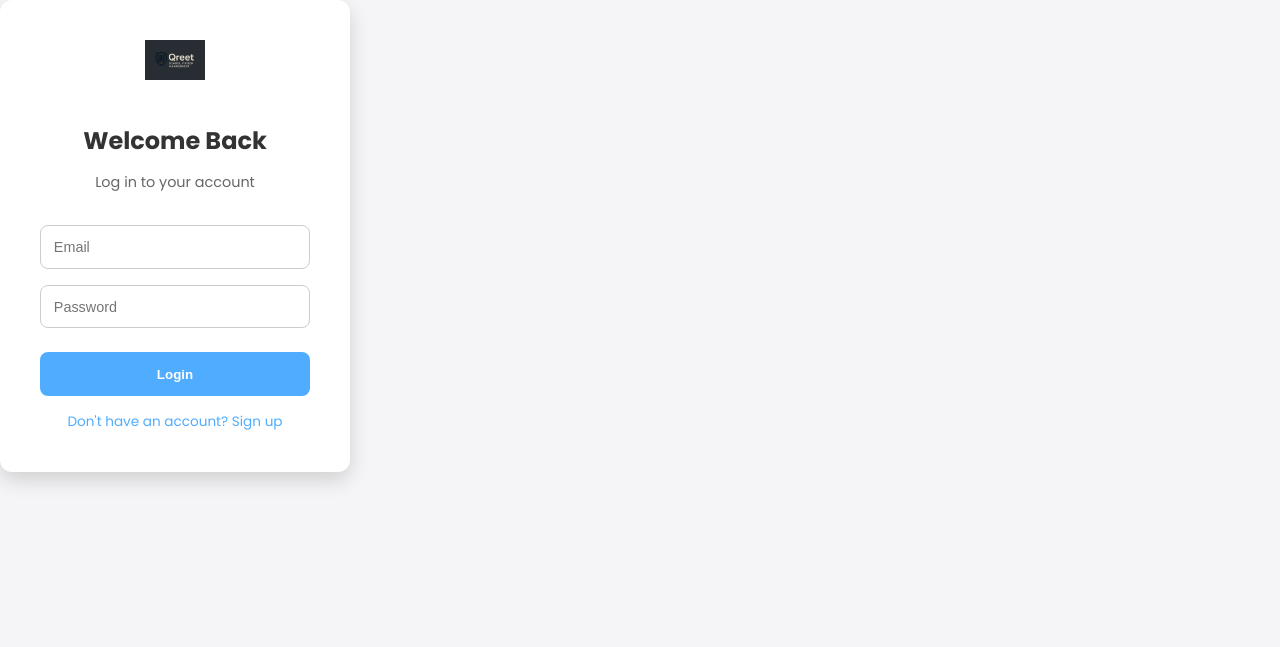
Repository: Ndegwa2/Soluschool
Page: /auth/login (app in frontend/)
These files come from the project's save history. The page is drawn as it stood at one moment and after the next save; the edit follows.
The browser window is 1280 px wide. The pictures show the whole page.
The project was rebuilt for these pictures with package versions that can differ from the ones it lists, and the page was loaded fresh each time. The framework's server and built-in components were replaced by stand-ins that run in the browser. Also part of the build but not shown: frontend/next.config.mjs, frontend/components/layout/Header.js. Imported but missing from the stored project, and not drawn on this page: frontend/lib/config.

Above is the page before, as saved 2025-11-25 17:29:18.

### frontend/pages/_app.js
import React from 'react'
import '../styles/globals.css'
import { Poppins } from 'next/font/google'
import { AuthProvider } from '../lib/AuthContext'
import Header from '../components/layout/Header'

const poppins = Poppins({
  subsets: ['latin'],
  weight: ['400', '500', '600', '700'],
  display: 'swap',
})

function MyApp({ Component, pageProps }) {
  return (
    <div className={poppins.className}>
      <AuthProvider>
        <Header />
        <Component {...pageProps} />
      </AuthProvider>
    </div>
  )
}

export default MyApp

### frontend/pages/auth/login.js
import React, { useEffect } from 'react'
import { useRouter } from 'next/router'
import Link from 'next/link'
import AuthForm from '../../components/common/AuthForm'
import { isAuthenticated, getUserRole } from '../../lib/auth'
import { useAuth } from '../../lib/AuthContext'

export default function Login() {
  const router = useRouter()
  const { isAuth, role } = useAuth()

  useEffect(() => {
    console.log('Login useEffect: isAuth:', isAuth, 'role:', role)
    if (isAuth) {
      console.log('Redirecting based on role:', role)
      if (role === 'parent' || role === 'admin') {
        router.push('/dashboard')
      } else if (role === 'guard') {
        router.push('/guard-dashboard')
      }
    }
  }, [isAuth, role, router])

  return (
    <div className="login-page">
      <div className="form-container">
        <img src="/Qreetlogo.png" alt="Qreet Logo" />
        <h2>Welcome Back</h2>
        <p>Log in to your account</p>

        <AuthForm isLogin={true} />

        <Link href="/auth/register">Don't have an account? Sign up</Link>
      </div>
    </div>
  )
}

### frontend/styles/globals.css
:root {
  --bg-grad-a: #1e293b;
  --bg-grad-b: #334155;
  --surface: #ffffff;
  --text: #f8fafc;
  --muted: #6b7280;
  --brand: #10b981;
  --brand-2: #0ea5e9;
  --danger: #ef4444;
  --shadow: 0 10px 30px -12px rgba(2, 8, 23, 0.25);
  --radius: 16px;
}

* { box-sizing: border-box; }
html, body { height: 100%; }
body {
  margin: 0;
  font-family: 'Poppins', system-ui, -apple-system, Segoe UI, Roboto, 'Helvetica Neue', Arial, 'Noto Sans', 'Apple Color Emoji', 'Segoe UI Emoji';
  color: var(--text);
  background: linear-gradient(180deg, var(--bg-grad-a), var(--bg-grad-b)) fixed;
}

/* ====== SHELL ====== */
.container { max-width: 1200px; margin: 32px auto 80px; padding: 0 18px; }
.grid { display:grid; gap: 18px; }

/* ====== CARDS ====== */
.card { background: var(--surface); border-radius: var(--radius); box-shadow: var(--shadow); overflow: hidden; }
.card-header { display:flex; align-items:center; justify-content:space-between; padding: 16px 18px; border-bottom: 1px solid rgba(2,6,23,0.06); }
.card-title { font-size: 18px; font-weight:700; }
.card-sub { font-size: 13px; color: var(--muted); }
.card-body { padding: 18px; }

/* ====== DASH HEADING ====== */
.page-title { font-size: clamp(26px, 3vw, 36px); color:#0b1220; margin: 18px 0 12px; text-shadow: 0 2px 0 rgba(255,255,255,.35); }
.page-sub { color: #0b1220cc; font-weight:500; margin-bottom: 20px; }

/* ====== KPI TILES ====== */
.kpis { grid-template-columns: repeat(12, minmax(0, 1fr)); }
.kpi { grid-column: span 12; display:flex; align-items:center; gap: 14px; padding: 18px; border-radius: var(--radius); background: linear-gradient(180deg,#fff, #f8fafc); border: 1px solid rgba(2,6,23,0.06); }
.kpi .icon { width: 44px; height: 44px; display:grid; place-items:center; border-radius: 12px; background: linear-gradient(135deg,var(--brand),var(--brand-2)); color:#fff; box-shadow: var(--shadow); }
.kpi .big { font-size: 26px; font-weight: 800; }
.kpi .label { color: var(--muted); font-size: 12px; font-weight:600; letter-spacing:.3px; text-transform: uppercase; }
@media (min-width: 700px) { .kpi { grid-column: span 4; } }

/* ====== QUICK ACTIONS ====== */
.action-row { display:flex; flex-wrap:wrap; gap: 12px; }
.chip-btn { display:flex; align-items:center; gap:10px; border:1px solid rgba(2,6,23,.08); background:#fff; padding:12px 16px; border-radius: 14px; font-weight:700; cursor:pointer; transition: transform .06s ease, box-shadow .2s ease; box-shadow: 0 6px 18px -12px rgba(2,6,23,.3); }
.chip-btn:hover { transform: translateY(-1px); box-shadow: 0 12px 28px -16px rgba(2,6,23,.35); }
.chip-btn .chip { width:28px; height:28px; display:grid; place-items:center; border-radius: 10px; color:#fff; background: linear-gradient(135deg,var(--brand-2),var(--brand)); }

/* ====== TABLE ====== */
.table-wrap { overflow: auto; border:1px solid rgba(2,6,23,.06); border-radius: 12px; }
table { width:100%; border-collapse: collapse; background:#fff; }
thead th { position: sticky; top:0; background: #f8fafc; text-align:left; font-size: 12px; letter-spacing:.3px; color: var(--muted); text-transform: uppercase; padding: 12px 14px; border-bottom:1px solid rgba(2,6,23,.08); cursor: pointer; }
tbody td { padding: 14px; border-bottom:1px solid rgba(2,6,23,.06); }
tbody tr:hover { background:#fafafa; }
.status { font-weight:700; font-size: 12px; padding:6px 10px; border-radius: 999px; display:inline-block; }
.ok { background: #dcfce7; color:#166534; }
.pending { background:#fef9c3; color:#854d0e; }
.danger { background:#fee2e2; color:#7f1d1d; }

/* ====== SEARCH ====== */
.searchbar { display:flex; align-items:center; gap:10px; }
.searchbar input { width: 100%; padding: 12px 14px 12px 40px; border-radius: 12px; border:1px solid rgba(2,6,23,.08); outline:none; font-weight:600; background:#fff url('data:[embedded picture, 291 characters]') no-repeat 12px center; }

/* ====== LAYOUT (MAIN GRID) ====== */
.main-grid { grid-template-columns: 1fr; }
@media (min-width: 980px) { .main-grid { grid-template-columns: 7fr 5fr; } }

/* subtle in-card gradient header */
.soft { background: linear-gradient(180deg, rgba(16,185,129,0.07), rgba(14,165,233,0.07)); }

code {
  font-family: source-code-pro, Menlo, Monaco, Consolas, 'Courier New',
    monospace;
}

/* Container card */
.form-container {
  background: #fff;
  padding: 2.5rem;
  border-radius: 12px;
  box-shadow: 0 8px 20px rgba(0, 0, 0, 0.15);
  width: 350px;
  max-width: 100%;
  text-align: center;
  animation: fadeIn 0.8s ease-in-out;
}

/* Logo */
.form-container img {
  width: 60px;
  margin-bottom: 1rem;
}

/* Heading */
.form-container h2 {
  margin-bottom: 0.5rem;
  font-size: 1.5rem;
  color: #333;
}

/* Subtitle */
.form-container p {
  margin-bottom: 1.5rem;
  font-size: 0.9rem;
  color: #666;
}


/* Inputs and selects */
.form-container input,
.form-container select {
  width: 100%;
  padding: 0.8rem;
  margin: 0.5rem 0;
  border: 1px solid #ccc;
  border-radius: 8px;
  font-size: 0.9rem;
  outline: none;
  transition: border 0.3s;
}

.form-container input:focus,
.form-container select:focus {
  border-color: #4facfe;
}

/* Error messages */
.form-container .error {
  color: red;
  font-size: 0.8rem;
}

/* Button */
.form-container button {
  width: 100%;
  padding: 0.9rem;
  margin-top: 1rem;
  background: #4facfe;
  border: none;
  border-radius: 8px;
  color: white;
  font-weight: bold;
  cursor: pointer;
  transition: background 0.3s;
}

.form-container button:hover {
  background: #009ffd;
}

/* Links */
.form-container a {
  display: block;
  margin-top: 1rem;
  font-size: 0.85rem;
  color: #4facfe;
  text-decoration: none;
}

.form-container a:hover {
  text-decoration: underline;
}

/* Responsive tweaks */
@media (max-width: 480px) {
  .form-container {
    padding: 2rem 1.2rem;
    width: 100%;
  }

  .form-container h2 {
    font-size: 1.3rem;
  }
}

/* Fade-in animation */
@keyframes fadeIn {
  from {
    opacity: 0;
    transform: translateY(20px);
  }
  to {
    opacity: 1;
    transform: translateY(0);
  }
}

/* Dashboard styles */
body {
  font-family: 'Segoe UI', Tahoma, Geneva, Verdana, sans-serif;
  background: linear-gradient(135deg, #43cea2, #185a9d);
  margin: 0;
  padding: 0;
  min-height: 100vh;
  display: flex;
  flex-direction: column;
}

/* Navbar */
.navbar {
  display: flex;
  justify-content: space-between;
  align-items: center;
  background: rgba(255, 255, 255, 0.1);
  padding: 1rem 2rem;
  color: #fff;
}

.navbar h1 {
  font-size: 1.2rem;
  font-weight: bold;
}

.nav-links a {
  margin-left: 1rem;
  color: #fff;
  text-decoration: none;
  font-size: 0.9rem;
}

.nav-links a:hover {
  text-decoration: underline;
}

/* Dashboard container */
.dashboard {
  flex: 1;
  padding: 2rem;
  display: grid;
  grid-template-columns: repeat(auto-fit, minmax(220px, 1fr));
  gap: 1.5rem;
}

/* Stat cards */
.card {
  background: #fff;
  border-radius: 12px;
  padding: 1.5rem;
  box-shadow: 0 4px 12px rgba(0,0,0,0.1);
  text-align: center;
  animation: fadeIn 0.6s ease;
}

.card h3 {
  margin: 0;
  font-size: 1rem;
  color: #333;
}

.card p {
  margin-top: 0.5rem;
  font-size: 1.5rem;
  font-weight: bold;
  color: #185a9d;
}

/* Quick actions */
.actions {
  grid-column: span 2;
  background: #fff;
  border-radius: 12px;
  padding: 1.5rem;
  box-shadow: 0 4px 12px rgba(0,0,0,0.1);
}

.actions h3 {
  margin-bottom: 1rem;
  font-size: 1rem;
  color: #333;
}

.actions button {
  margin-right: 1rem;
  padding: 0.7rem 1.2rem;
  border: none;
  border-radius: 8px;
  background: #43cea2;
  color: white;
  cursor: pointer;
  font-size: 0.9rem;
  transition: background 0.3s;
}

.actions button:hover {
  background: #2bb673;
}

/* Animation */
@keyframes fadeIn {
  from { opacity: 0; transform: translateY(15px); }
  to { opacity: 1; transform: translateY(0); }
}

/* Pickup History */
.pickup-history {
  flex: 1;
  padding: 2rem;
  max-width: 1200px;
  margin: 0 auto;
}

.pickup-history h2 {
  color: #fff;
  margin-bottom: 1.5rem;
  font-size: 1.8rem;
}

.controls {
  display: flex;
  gap: 1rem;
  margin-bottom: 1.5rem;
  align-items: center;
}

.search {
  display: flex;
  align-items: center;
  background: #fff;
  border-radius: 8px;
  padding: 0.5rem 1rem;
  flex: 1;
  max-width: 300px;
}

.search span {
  margin-right: 0.5rem;
  color: #666;
}

.search input {
  border: none;
  outline: none;
  flex: 1;
  font-size: 0.9rem;
}

.filter select {
  padding: 0.5rem 1rem;
  border: 1px solid #ccc;
  border-radius: 8px;
  background: #fff;
  font-size: 0.9rem;
  outline: none;
}

.pickup-table {
  width: 100%;
  background: #fff;
  border-radius: 12px;
  overflow: hidden;
  box-shadow: 0 4px 12px rgba(0,0,0,0.1);
  border-collapse: collapse;
}

.pickup-table th,
.pickup-table td {
  padding: 1rem;
  text-align: left;
  border-bottom: 1px solid #eee;
}

.pickup-table th {
  background: #f8f9fa;
  font-weight: 600;
  color: #333;
}

.pickup-table td {
  color: #555;
}

.pickup-table tr:last-child td {
  border-bottom: none;
}

.pickup-table tr:hover {
  background: #f8f9fa;
}

/* Guard Dashboard Styles */
:root{
  --bg:#f5f5f7;
  --header-bg:#ffffff;
  --card-bg:#ffffff;
  --text:#111827;
  --muted:#6b7280;
  --nav-link:#4b5563;
  --nav-active:#2563eb;
  --primary:#2563eb;
  --primary-hover:#1d4ed8;
  --logout-bg:#fee2e2;
  --logout-text:#b91c1c;
  --pill-bg:#ffffff;
  --pill-active-bg:#eff6ff;
  --pill-border:#e5e7eb;
  --pill-active-border:#bfdbfe;
  --shadow:0 1px 3px rgba(0,0,0,0.1), 0 1px 2px rgba(0,0,0,0.06);
  --radius:24px;
  --border:#e5e7eb;
  --success:#10b981;
  --error:#ef4444;
}

*{box-sizing:border-box}

body{
  margin:0;
  font-family: system-ui, -apple-system, BlinkMacSystemFont, "Segoe UI", sans-serif;
  color:var(--text);
  background: var(--bg);
  min-height:100vh;
}

.container{
  max-width:1440px;
  margin:0 auto;
  padding:120px 120px 80px;
}

/* Header */
.header{
  position:fixed;
  top:0;
  left:0;
  right:0;
  height:72px;
  background:var(--header-bg);
  border-bottom:1px solid var(--border);
  display:flex;
  align-items:center;
  justify-content:space-between;
  padding:0 120px;
  z-index:10;
  box-shadow: var(--shadow);
}

.logo{
  display:flex;
  align-items:center;
  gap:12px;
}

.logo-circle{
  width:36px;
  height:36px;
  background:var(--primary);
  border-radius:50%;
  display:flex;
  align-items:center;
  justify-content:center;
  color:white;
  font-weight:600;
  font-size:16px;
}

.logo-text{
  font-size:18px;
  font-weight:600;
  color:var(--text);
}

.nav-links{
  display:flex;
  align-items:center;
  gap:40px;
}

.nav-link{
  color:var(--nav-link);
  text-decoration:none;
  font-size:14px;
  font-weight:500;
  transition: color 0.2s ease;
}

.nav-link:hover{
  color:var(--nav-active);
}

.nav-link.active{
  color:var(--nav-active);
  font-weight:600;
}

.logout-btn{
  background:var(--logout-bg);
  color:var(--logout-text);
  border:none;
  border-radius:16px;
  padding:8px 16px;
  font-size:14px;
  font-weight:500;
  cursor:pointer;
  transition: background 0.2s ease;
}

.logout-btn:hover{
  background:#fecaca;
}

/* Page Title */
.page-title{
  font-size:32px;
  font-weight:700;
  color:var(--text);
  margin:0 0 8px 0;
  text-shadow: none;
}

.page-subtitle{
  font-size:14px;
  color:var(--muted);
  margin:0 0 40px 0;
  line-height:1.4;
}

/* Navigation Pills */
.nav-pills{
  display:flex;
  gap:20px;
  margin-bottom:40px;
}

.nav-pill{
  padding:10px 20px;
  border-radius:999px;
  border:1px solid var(--pill-border);
  background:var(--pill-bg);
  color:var(--nav-link);
  font-size:13px;
  font-weight:500;
  cursor:pointer;
  transition: all 0.2s ease;
  box-shadow: var(--shadow);
}

.nav-pill:hover{
  border-color:var(--pill-active-border);
  background:var(--pill-active-bg);
}

.nav-pill.active{
  background:var(--pill-active-bg);
  border-color:var(--pill-active-border);
  color:var(--nav-active);
  font-weight:600;
  box-shadow: 0 0 0 2px rgba(37,99,235,0.1);
}

/* Card */
.card{
  background:var(--card-bg);
  border-radius:24px;
  padding:40px;
  box-shadow:var(--shadow);
  border:1px solid var(--border);
  color:var(--text);
}

/* Scanner Section */
.scanner-section{
  display:flex;
  gap:40px;
  align-items:flex-start;
}

.scanner-content{
  flex:1;
}

.scanner-title{
  font-size:20px;
  font-weight:600;
  color:var(--text);
  margin:0 0 8px 0;
}

.scanner-subtitle{
  font-size:13px;
  color:var(--muted);
  margin:0 0 32px 0;
  line-height:1.4;
}

.camera-placeholder{
  width:520px;
  height:120px;
  background:#f9fafb;
  border:1px solid var(--border);
  border-radius:16px;
  display:flex;
  align-items:center;
  justify-content:center;
  color:var(--muted);
  font-size:13px;
  font-weight:500;
  margin-bottom:32px;
  box-shadow: inset 0 1px 2px rgba(0,0,0,0.05);
}

.start-scan-btn{
  width:220px;
  height:48px;
  background:var(--primary);
  color:#fff;
  border:none;
  border-radius:999px;
  font-size:15px;
  font-weight:600;
  cursor:pointer;
  transition: all 0.2s ease;
  box-shadow: 0 1px 3px rgba(0,0,0,0.1);
}

.start-scan-btn:hover{
  background:var(--primary-hover);
  transform: translateY(-1px);
  box-shadow: 0 4px 12px rgba(37,99,235,0.3);
}

.start-scan-btn:active{
  transform: translateY(0);
}

/* Quick Stats */
.quick-stats{
  width:220px;
  height:44px;
  background:#f9fafb;
  border:1px solid var(--border);
  border-radius:18px;
  padding:12px 16px;
  display:flex;
  flex-direction:column;
  justify-content:center;
  box-shadow: var(--shadow);
}

.stats-label{
  font-size:12px;
  color:var(--muted);
  margin:0;
  font-weight:500;
}

.stats-value{
  font-size:12px;
  font-weight:600;
  color:var(--text);
  margin:0;
  line-height:1.2;
}

/* Footer Note */
.footer-note{
  font-size:11px;
  color:var(--muted);
  margin-top:40px;
  text-align:center;
  font-weight:500;
  line-height:1.4;
}

/* Form styles */
.form-grid{
  display:grid;
  grid-template-columns: 1fr 1fr;
  gap:20px 26px;
  align-items:start;
}
.form-item label{
  display:block;
  font-weight:600;
  color:var(--text);
  margin-bottom:10px;
  font-size:14px;
}
.input{
  width:100%;
  padding:12px 14px;
  font-size:14px;
  border-radius:8px;
  border:1px solid var(--border);
  background:#fff;
  color:var(--text);
  transition: border-color .2s ease, box-shadow .2s ease;
  box-shadow: var(--shadow);
}
.input:focus{
  border-color: var(--primary);
  outline:none;
  box-shadow: 0 0 0 3px rgba(37,99,235,0.1);
}

.submit-row{
  margin-top:22px;
}
.submit-btn{
  width:100%;
  padding:12px 14px;
  font-size:14px;
  border:none;
  border-radius:8px;
  font-weight:600;
  color:#fff;
  background:var(--primary);
  cursor:pointer;
  transition: all .2s ease;
  box-shadow: var(--shadow);
}
.submit-btn:hover{
  background:var(--primary-hover);
  transform: translateY(-1px);
  box-shadow: 0 4px 12px rgba(37,99,235,0.3);
}
.submit-btn:active{ transform: translateY(0) }

@media (max-width: 900px){
  .page-title{ font-size:40px }
}
@media (max-width: 760px){
  .form-grid{ grid-template-columns: 1fr }
}

/* Main container */
.children-page {
  padding: 2rem;
  color: #f5f6fa;
  font-family: 'Poppins', sans-serif;
  background: linear-gradient(180deg, #6366f1, #7c3aed);
  min-height: 100vh;
}

/* Page title */
.children-page h1 {
  font-size: 2rem;
  font-weight: 600;
  color: #fff;
  margin-bottom: 1.5rem;
}

/* Add Child Button */
.add-child-btn {
  background-color: #6366f1;
  color: white;
  border: none;
  padding: 0.6rem 1.2rem;
  border-radius: 8px;
  cursor: pointer;
  font-size: 0.9rem;
  font-weight: 500;
  transition: background 0.3s ease;
}

.add-child-btn:hover {
  background-color: #4f46e5;
}

.add-child-btn.primary {
  background-color: #10b981;
  padding: 0.8rem 1.5rem;
  font-size: 1rem;
  font-weight: 600;
}

.add-child-btn.primary:hover {
  background-color: #059669;
}

.add-child-btn.large {
  padding: 1rem 2rem;
  font-size: 1.1rem;
  font-weight: 700;
}

/* Form container */
.add-child-form {
  background-color: rgba(255, 255, 255, 0.2);
  backdrop-filter: blur(10px);
  border-radius: 12px;
  padding: 1.5rem;
  max-width: 400px;
  margin-top: 1rem;
  box-shadow: 0 4px 20px rgba(0, 0, 0, 0.15);
  border: 1px solid rgba(255, 255, 255, 0.1);
}

.add-child-form h3 {
  margin-bottom: 1rem;
  font-weight: 600;
  color: #fff;
}

/* Form label and input */
.add-child-form label {
  display: block;
  margin-top: 1rem;
  font-weight: 500;
  color: #fff;
}

.add-child-form label:first-of-type {
  margin-top: 0;
}

.add-child-form input {
  width: 100%;
  padding: 0.7rem;
  border-radius: 6px;
  border: 1px solid #a5b4fc;
  margin-top: 0.5rem;
  font-size: 0.95rem;
  background-color: rgba(255, 255, 255, 0.2);
  color: #fff;
  outline: none;
  transition: border-color 0.2s ease;
}

.add-child-form input:focus {
  border-color: #818cf8;
}

/* Form buttons */
.form-buttons {
  display: flex;
  gap: 1rem;
  margin-top: 1.5rem;
}

.form-buttons button {
  flex: 1;
  padding: 0.6rem 0;
  border-radius: 6px;
  border: none;
  font-weight: 600;
  cursor: pointer;
  transition: background 0.3s ease;
}

.form-buttons .submit-btn {
  background-color: #10b981;
  color: white;
}

.form-buttons .submit-btn:hover {
  background-color: #059669;
}

.form-buttons .cancel-btn {
  background-color: #ef4444;
  color: white;
}

.form-buttons .cancel-btn:hover {
  background-color: #dc2626;
}

/* Improved Children UI Styles */
.children-container {
  display: flex;
  flex-direction: column;
  align-items: center;
  justify-content: center;
  min-height: 90vh;
  background: linear-gradient(135deg, #5b5ee1, #6c63ff);
  color: #fff;
  text-align: center;
  padding: 2rem 1rem;
}

@media (min-width: 640px) {
  .children-container {
    padding: 2rem;
  }
}

.children-container .header-section {
  display: flex;
  justify-content: space-between;
  align-items: center;
  width: 100%;
  max-width: 900px;
  margin-bottom: 2rem;
}

.children-container h1 {
  font-size: 2rem;
  font-weight: 600;
  margin: 0;
}

.children-grid {
  display: grid;
  grid-template-columns: repeat(auto-fit, minmax(280px, 1fr));
  gap: 1.5rem;
  width: 100%;
  max-width: 900px;
}

.child-card {
  background: rgba(255, 255, 255, 0.12);
  backdrop-filter: blur(10px);
  border-radius: 16px;
  padding: 1.5rem 2rem;
  width: 280px;
  text-align: left;
  box-shadow: 0 6px 20px rgba(0, 0, 0, 0.2);
  transition: transform 0.25s ease, box-shadow 0.25s ease;
}

.child-card:hover {
  transform: translateY(-5px);
  box-shadow: 0 8px 24px rgba(0, 0, 0, 0.3);
}

.child-card h2 {
  color: #fff;
  font-size: 1.4rem;
  margin-bottom: 0.5rem;
  text-transform: capitalize;
}

.grade-badge {
  display: inline-block;
  background: rgba(255, 255, 255, 0.2);
  color: #fff;
  padding: 0.25rem 0.75rem;
  border-radius: 12px;
  font-size: 0.85rem;
  font-weight: 500;
  margin-bottom: 1rem;
}

.card-actions {
  margin-top: 1rem;
  display: flex;
  justify-content: space-between;
}

.qr-code-container {
  margin: 1rem 0;
  text-align: center;
}

.qr-code {
  width: 100px;
  height: 100px;
  border-radius: 8px;
  box-shadow: 0 2px 8px rgba(0, 0, 0, 0.1);
}

.icon-btn {
  border: none;
  padding: 0.5rem;
  border-radius: 8px;
  cursor: pointer;
  font-weight: 500;
  transition: background 0.25s ease, transform 0.2s ease;
  display: flex;
  align-items: center;
  justify-content: center;
  width: 36px;
  height: 36px;
}

.edit-btn {
  background-color: #4caf50;
  color: #fff;
}

.delete-btn {
  background-color: #e53935;
  color: #fff;
}

.edit-btn:hover {
  background-color: #43a047;
  transform: scale(1.05);
}

.delete-btn:hover {
  background-color: #d32f2f;
  transform: scale(1.05);
}

/* Empty State */
.empty-state {
  text-align: center;
  padding: 3rem 1rem;
  color: #fff;
}

.empty-illustration {
  margin-bottom: 1.5rem;
  opacity: 0.7;
}

.empty-illustration svg {
  color: #e0e0e0;
}

.empty-state h3 {
  font-size: 1.5rem;
  margin-bottom: 0.5rem;
  font-weight: 600;
}

.empty-state p {
  font-size: 1rem;
  color: #e0e0e0;
  margin-bottom: 2rem;
  max-width: 400px;
  margin-left: auto;
  margin-right: auto;
}

/* Loading Skeleton */
.loading-state {
  width: 100%;
  max-width: 900px;
}

.skeleton-grid {
  display: grid;
  grid-template-columns: repeat(auto-fit, minmax(280px, 1fr));
  gap: 1.5rem;
}

.skeleton-card {
  background: rgba(255, 255, 255, 0.12);
  backdrop-filter: blur(10px);
  border-radius: 16px;
  padding: 1.5rem 2rem;
  animation: shimmer 1.5s ease-in-out infinite;
}

.skeleton-line {
  height: 1.2rem;
  background: rgba(255, 255, 255, 0.2);
  border-radius: 4px;
  margin-bottom: 0.5rem;
}

.skeleton-line.short {
  width: 60%;
}

.skeleton-actions {
  display: flex;
  justify-content: space-between;
  margin-top: 1rem;
}

.skeleton-btn {
  width: 36px;
  height: 36px;
  background: rgba(255, 255, 255, 0.2);
  border-radius: 8px;
}

@keyframes shimmer {
  0% { opacity: 1; }
  50% { opacity: 0.5; }
  100% { opacity: 1; }
}

### frontend/lib/AuthContext.js
import { createContext, useContext, useState, useEffect } from 'react'
import { useRouter } from 'next/router'
import { isAuthenticated, getUserRole, getUserSchoolId, logout } from './auth'

const AuthContext = createContext()

export const useAuth = () => useContext(AuthContext)

export const AuthProvider = ({ children }) => {
  const [isAuth, setIsAuth] = useState(false)
  const [role, setRole] = useState(null)
  const [schoolId, setSchoolId] = useState(null)
  const router = useRouter()

  useEffect(() => {
    setIsAuth(isAuthenticated())
    setRole(getUserRole())
    setSchoolId(getUserSchoolId())
  }, [])

  const handleLogout = () => {
    logout()
    setIsAuth(false)
    setRole(null)
    setSchoolId(null)
    router.push('/auth/login')
  }

  const refreshAuth = () => {
    console.log('refreshAuth called')
    setIsAuth(isAuthenticated())
    setRole(getUserRole())
    setSchoolId(getUserSchoolId())
    console.log('Auth state updated: isAuth:', isAuthenticated(), 'role:', getUserRole(), 'schoolId:', getUserSchoolId())
  }

  return (
    <AuthContext.Provider value={{ isAuth, role, schoolId, logout: handleLogout, refreshAuth }}>
      {children}
    </AuthContext.Provider>
  )
}

Loaded but not shown: frontend/components/common/AuthForm.js (113 lines, source omitted); frontend/lib/api.js (89 lines, source omitted); frontend/lib/auth.js (91 lines, source omitted)

After the next save:
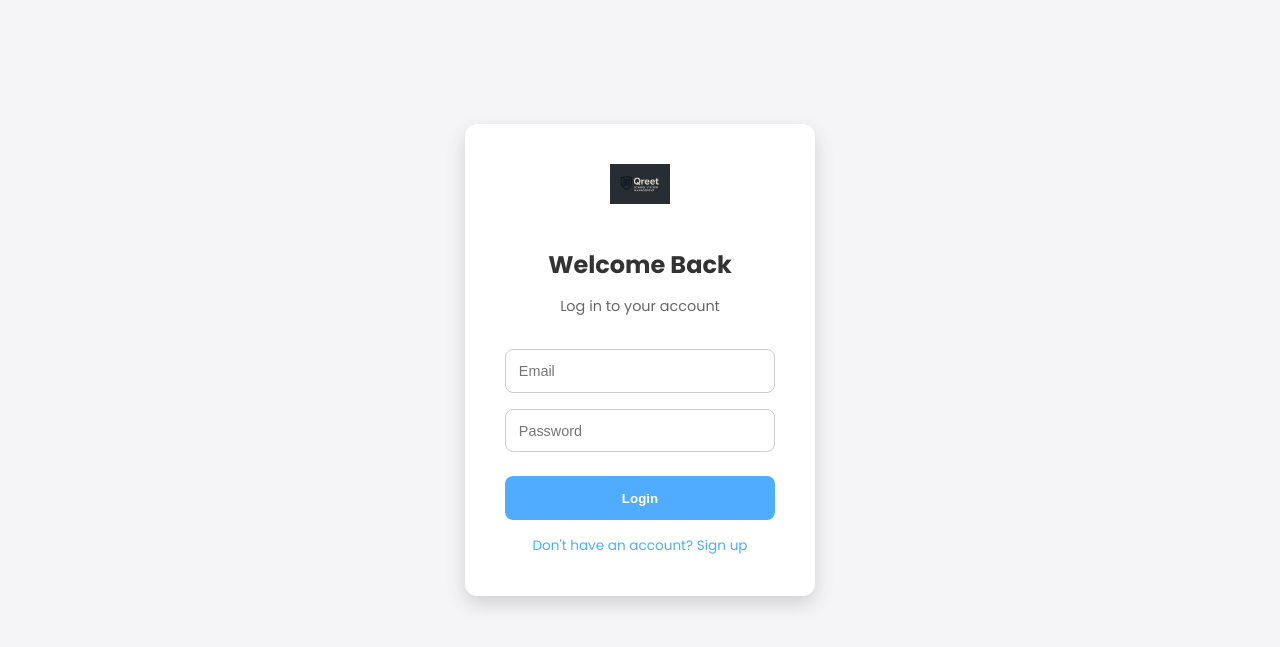
Saved 11 s later.
--- a/frontend/styles/globals.css
+++ b/frontend/styles/globals.css
@@ -174,6 +174,15 @@ code {
   .form-container h2 {
     font-size: 1.3rem;
   }
+}
+
+/* Login page centering */
+.login-page {
+  display: flex;
+  justify-content: center;
+  align-items: center;
+  min-height: 100vh;
+  padding: 2rem;
 }
 
 /* Fade-in animation */
